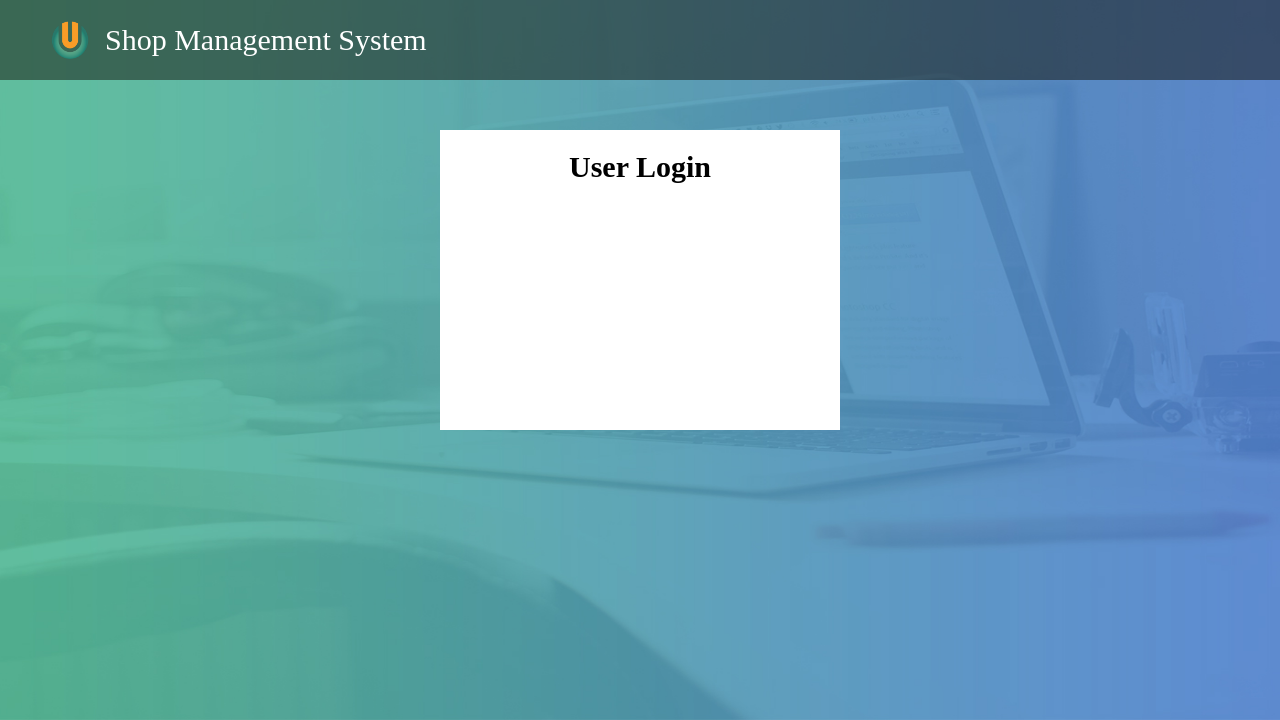
Repository: wenxi0504/storesystem
Page: /login
These files come from the project's save history. The page is drawn as it stood at one moment and after the next save; the edit follows.
The browser window is 1280 px wide. The pictures show the whole page.
The project was rebuilt for these pictures with package versions that can differ from the ones it lists, and the page was loaded fresh each time. Also part of the build but not shown: src/pages/admin/admin.jsx.

Above is the page before, as saved 2022-03-16 22:44:40.

### public/index.html
<!DOCTYPE html>
<html lang="en">
  <head>
    <meta charset="utf-8" />
    <link rel="icon" href="%PUBLIC_URL%/favicon.ico" />
    <meta name="viewport" content="width=device-width, initial-scale=1" />
    <meta name="theme-color" content="#000000" />
    <meta
      name="description"
      content="Web site created using create-react-app"
    />
    <link rel="stylesheet" href="css/reset.css">
    <title>React App</title>
  </head>
  <body>
    <noscript>You need to enable JavaScript to run this app.</noscript>
    <div id="root"></div>
  </body>
</html>

### src/App.js
import React, { Component } from 'react';
import { FontAwesomeIcon } from '@fortawesome/react-fontawesome';
import { solid, regular, brands } from '@fortawesome/fontawesome-svg-core/import.macro'; // <-- import styles to be used
import { BrowserRouter,Routes,Route } from 'react-router-dom';
import Login from './pages/login/login';
import Admin from './pages/admin/admin';
class App extends Component{

  render(){
    return(

      <BrowserRouter>
      <Routes>
      <Route path='/login' element={<Login/>}/>
      <Route path='/admin' element={<Admin/>}/>

      </Routes>
      </BrowserRouter>
    )
  }
}

export default App;

### src/pages/login/login.jsx
import React, { Component } from "react";
import "./login.css";
import logo from '../../assets/images/logo.png'

export default class Login extends Component {
  render() {
    return (
      <div className="login">
        <header className="login-header">
            <img src={logo} alt="logo" />
          <h1>Shop Management System</h1>
        </header>

        <section className="login-content">
            <h3>User Login</h3>
        </section>
      </div>

    )
  }
}

### src/pages/login/login.css
.login{
    width:100%;
    height: 100%;
    background-image: url('./images/bg.jpg');
    background-size: 100% 100%;
}

.login-header{
    display:flex;
    align-items: center;
    height: 80px;
    background-color: rgba(21,20,13,0.5);
}

.login-header img{
    width: 40px;
    height:40px;
    margin-left:50px;
}

.login-header h1{
    font-size: 30px;
    color: white;
    margin: 0 0 0 15px;
}

.login-content{
    margin: 50px auto;
    width: 400px;
    height: 300px;
    background-color: #fff;
    padding: 20px 40px;
}

.login-content h3{
    font-size: 30px;
    font-weight: bold;
    text-align: center;
    margin-bottom: 20px;
}

### public/css/reset.css
html,
body,
p,
ol,
ul,
li,
dl,
dt,
dd,
blockquote,
figure,
fieldset,
legend,
textarea,
pre,
iframe,
hr,
h1,
h2,
h3,
h4,
h5,
h6 {
margin: 0;
padding: 0;
}
h1,
h2,
h3,
h4,
h5,
h6 {
font-size: 100%;
font-weight: normal;
}
ul {
list-style: none;
}
button,
input,
select,
textarea {
margin: 0;
}
html {
box-sizing: border-box;
}
*, *:before, *:after {
box-sizing: inherit;
}
img,
embed,
iframe,
object,
video {
height: auto;
max-width: 100%;
}
audio {
max-width: 100%;
}
iframe {
border: 0;
}
table {
border-collapse: collapse;
border-spacing: 0;
}
td,
th {
padding: 0;
text-align: left;
}
html, body {
height: 100%;
}
#root {
width: 100%;
height: 100%;
}

Loaded but not shown: src/index.js (common file)

After the next save:
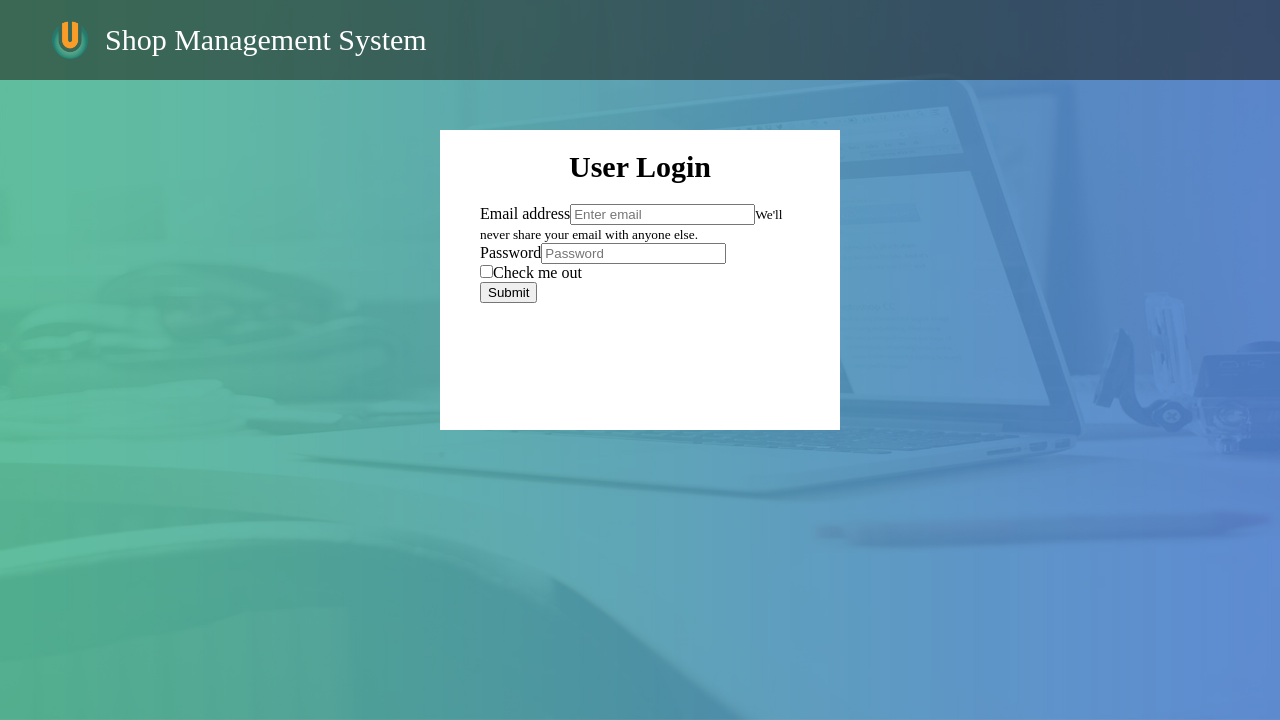
Saved 8 min 34 s later.
--- a/src/pages/login/login.jsx
+++ b/src/pages/login/login.jsx
@@ -1,6 +1,7 @@
 import React, { Component } from "react";
 import "./login.css";
 import logo from '../../assets/images/logo.png'
+import { Form ,Button } from 'react-bootstrap';
 
 export default class Login extends Component {
   render() {
@@ -13,6 +14,27 @@ export default class Login extends Component {
 
         <section className="login-content">
             <h3>User Login</h3>
+            <Form>
+  <Form.Group className="mb-3" controlId="formBasicEmail">
+    <Form.Label>Email address</Form.Label>
+    <Form.Control type="email" placeholder="Enter email" />
+    <Form.Text className="text-muted">
+      We'll never share your email with anyone else.
+    </Form.Text>
+  </Form.Group>
+
+  <Form.Group className="mb-3" controlId="formBasicPassword">
+    <Form.Label>Password</Form.Label>
+    <Form.Control type="password" placeholder="Password" />
+  </Form.Group>
+  <Form.Group className="mb-3" controlId="formBasicCheckbox">
+    <Form.Check type="checkbox" label="Check me out" />
+  </Form.Group>
+  <Button variant="primary" type="submit">
+    Submit
+  </Button>
+</Form>
+
         </section>
       </div>
 
